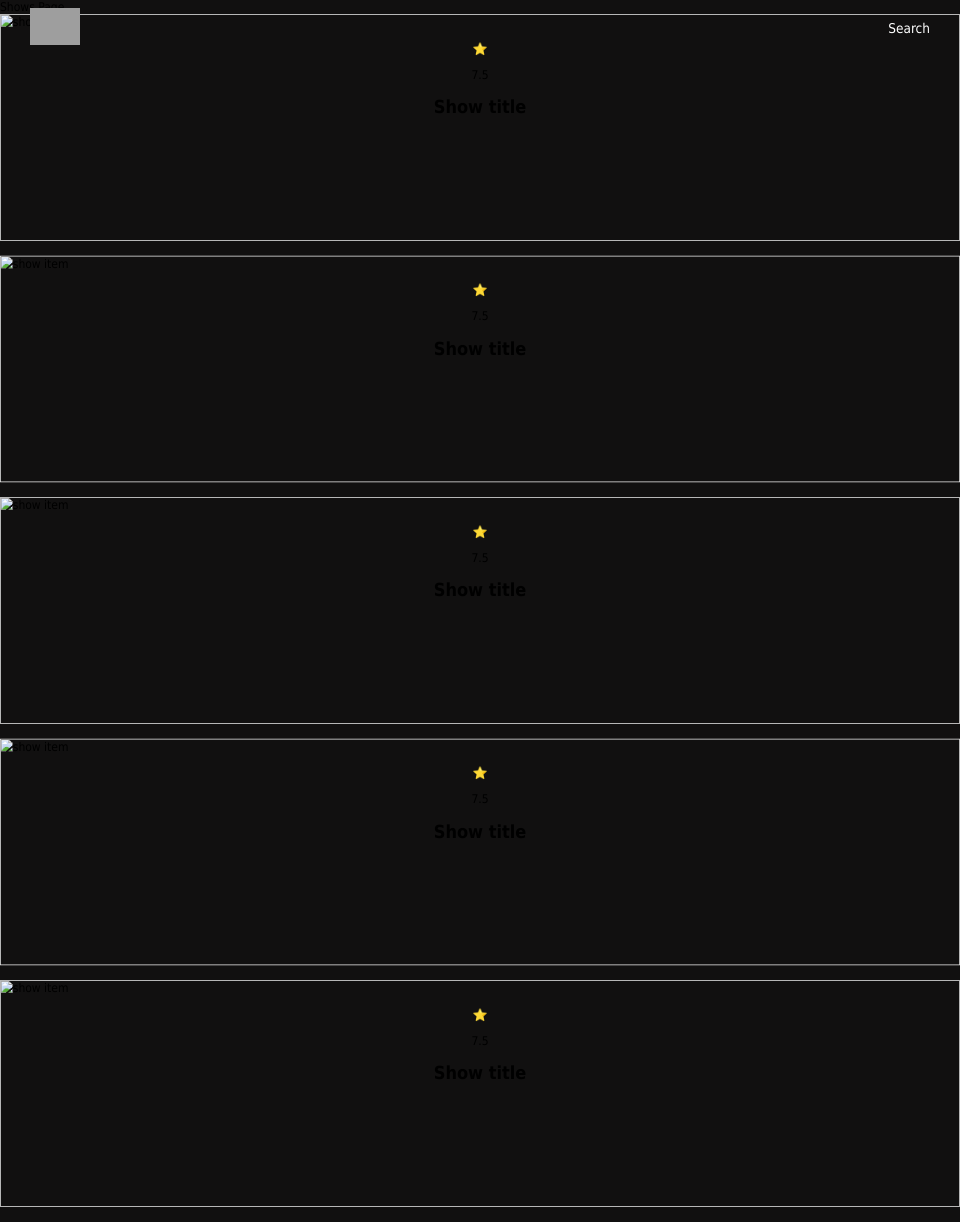
Repository: ahmedhamed15/React-Movies-App
Page: /#/show/1
These files come from the project's save history. The page is drawn as it stood at one moment and after the next save; the edit follows.
The browser window is 1280 px wide. The pictures show the whole page, at 75% of full size.
Pictures or frames that could not be fetched are drawn as grey boxes. The project was rebuilt for these pictures with package versions that can differ from the ones it lists, and the page was loaded fresh each time. Also part of the build but not shown: src/Components/Search/Search.js, src/Pages/HomePage.js, src/Pages/SearchPage.js.

Above is the page before, as saved 2021-07-18 21:38:38.

### src/index.js
import React from 'react';
import ReactDOM from 'react-dom';
import './assets/index.css';
import App from './App';

ReactDOM.render(<App />,document.getElementById('root'));

### src/assets/index.css
body {
  padding: 0;
  margin: 0;
  background-color: rgb(17, 16, 16);
  font-family: 'tahoma', arial;
}
.row {
  display: flex;
  flex-direction: row;
  flex-wrap: wrap;
}
.container {
  max-width: 1200px;
  margin: auto;
}
header {
  padding: 10px 0;
  position: fixed;
  top: 0;
  left: 0;
  right: 0;
}
header .row {
  align-items: center;
  justify-content: space-between;
}
.col {
  flex: 0 0 auto;
}
a {
  text-decoration: none;
}
header img {
  height: 50px;
}
header a {
  color: white;
  font-size: 18px;
}
header a:hover {
  color: #FFB03D
}
.text-center {
  text-align: center;
}
.search-content {
  background: url('./images/home-bg.jpg') no-repeat center center fixed;
  background-blend-mode: saturation;
  height: 100vh;
  display: flex;
  align-items: center;
  justify-content: center;
  flex-direction: column;
}
.search-content.sm-search-card {
  height: 50vh;
}
.search-content h1 {
  color: white;
  margin-top: 0;
  text-transform: uppercase;
  font-size: 55px;
  margin-bottom: 15px;
}
.search-content p {
  color: #f1f1ff;
  font-size: 20px;
  width: 700px;
  line-height: 1.5;
  margin-bottom: 40px;
}
.search-content input[type="search"] {
  height: 55px;
  width: 500px;
  padding: 10px;
  font-size: 18px;
  color: #f5853f;
  border: 1px solid #f5853f;
}
.search-content input[type="search"]:focus {
  outline: 0;

}
.search-content .search-btn {
  height: 55px;
  width: 100px;
  padding: 10px;
  font-size: 18px;
  background-color: #f5853f;
  color: white;
  border: none;
  cursor: pointer;
}
::selection {
  color: #FFF;
  background-color: #f5853f;
}
.show-item {
  height: 300px;
  border: 1px solid #EEE;
  margin-bottom: 20px;
}
.show-item .show-item__overlay {
  display: flex;
  align-items: center;
  justify-content: center;
  flex-direction: column;
  text-align: center;
}

### src/App.js
import {BrowserRouter as Router, Switch, Route} from "react-router-dom";
import Header from "./Components/Layouts/Header";
import HomePage from "./Pages/HomePage";
import ShowPage from "./Pages/ShowPage";
import SearchPage from "./Pages/SearchPage";
function App() {
  return (
    <>
      <Router basename="/#">
        <Header />

        <Switch>
          <Route path="/" exact component={HomePage} />
          <Route path="/search" component={SearchPage} />
          <Route path="/show/:id" component={ShowPage} />
        </Switch>

      </Router>
    </>
  );
}

export default App;

### src/Components/Layouts/Header.js
import React from 'react';
import {Link, NavLink} from 'react-router-dom';
import Logo from '../../assets/images/logo.png';

const Header = () => {
    return (
         <header className="header">
             <div className="container">
                 <div className="row">
                    <div className="col">
                        <NavLink to="/"> <img src={Logo} alt="" /> </NavLink>
                    </div>
                    <div className="col">
                        <Link to="/search"> Search </Link>
                    </div>
                 </div>
             </div>
         </header>
    )
}

export default Header

### src/Pages/ShowPage.js
import React from 'react'
import Show from '../Components/Shows/Show'
import ShowsList from '../Components/Shows/ShowsList'

const ShowPage = () => {
    return (
        <div>
            <Show />
            <ShowsList />
        </div>
    )
}
export default ShowPage;

### src/Components/Shows/Show.js
import React from 'react'

const Show = () => {
    return (
        <>
            Shows Page
        </>
    )
}

export default Show

### src/Components/Shows/ShowsList.js
import React from 'react'
import ShowItem from './ShowItem'

const ShowsList = () => {
    return (
        <>
            <ShowItem />
            <ShowItem />
            <ShowItem />
            <ShowItem />
            <ShowItem />
        </>
    )
}

export default ShowsList

### src/Components/Shows/ShowItem.js
import React from 'react'

const ShowItem = () => {
    return (
        <section className="show-item">
            <img src="" alt="show item" />
            <div className="show-item__overlay">
                <div className="rating-item">
                    <p> ⭐ </p>
                    <p> 7.5 </p>
                    <h2> Show title </h2>
                </div>
            </div>
        </section>
    )
}

export default ShowItem

Loaded but not shown: public/index.html (common file)

After the next save:
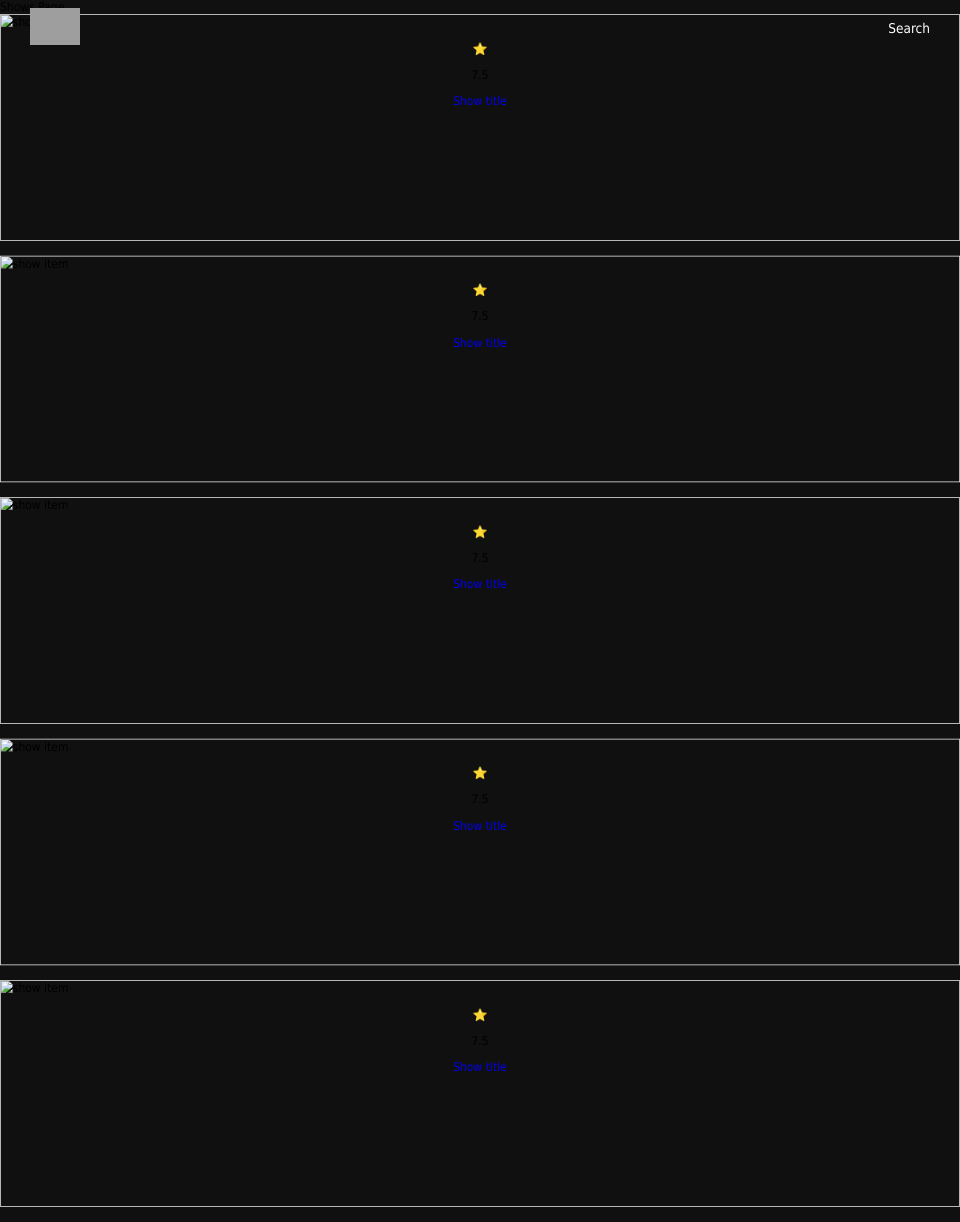
Saved 29 s later.
--- a/src/Components/Shows/ShowItem.js
+++ b/src/Components/Shows/ShowItem.js
@@ -1,4 +1,5 @@
 import React from 'react'
+import { Link } from 'react-router-dom'
 
 const ShowItem = () => {
     return (
@@ -8,7 +9,7 @@ const ShowItem = () => {
                 <div className="rating-item">
                     <p> ⭐ </p>
                     <p> 7.5 </p>
-                    <h2> Show title </h2>
+                    <Link to="show/1"> Show title </Link>
                 </div>
             </div>
         </section>
